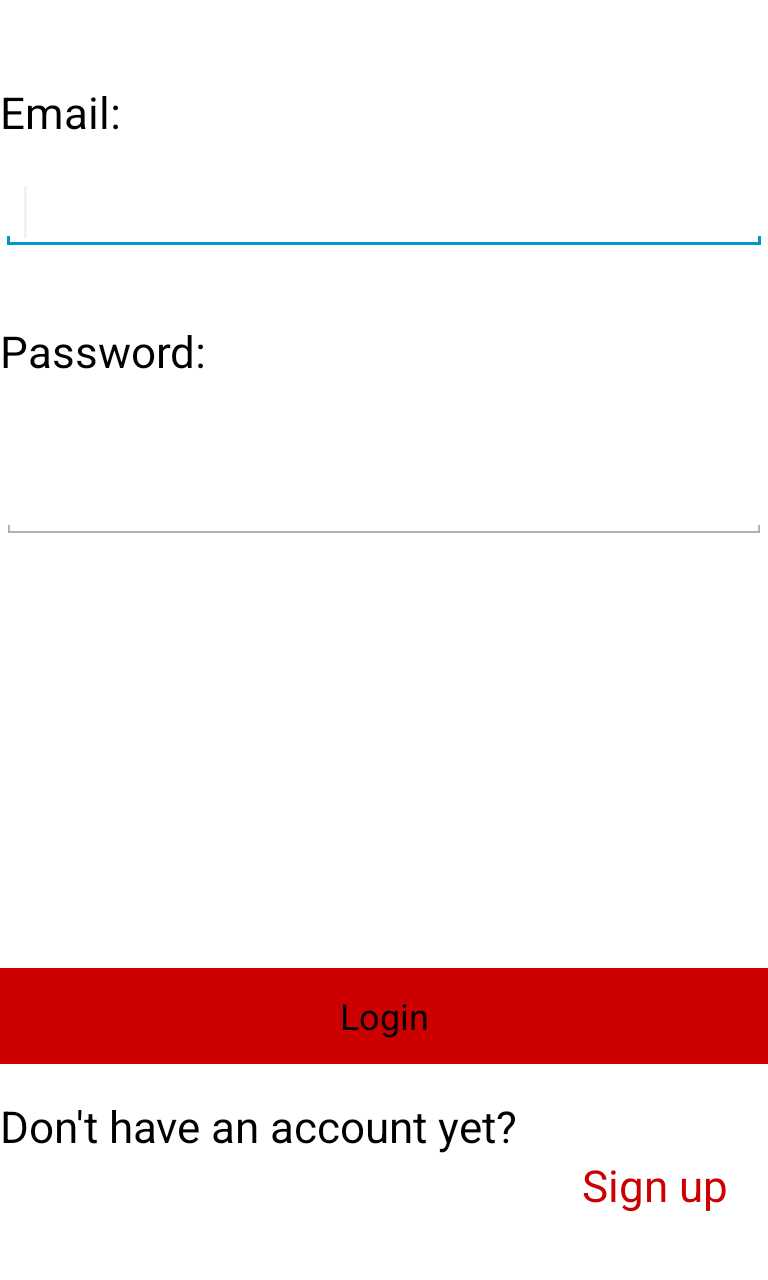
Repository: erwasambo/greendevelopment
Layout: GreenDevelopment/NASCuisine/res/layout/login.xml
An editor plug-in stored every save of this project. The layout is shown before and after the next save, followed by the edit.
It is drawn on a 768 x 1280 px phone screen (xhdpi) without system bars, with theme AppTheme; the app's code is not run.

Above is the layout before, as saved 2013-12-03 01:43:53.

After the next save:
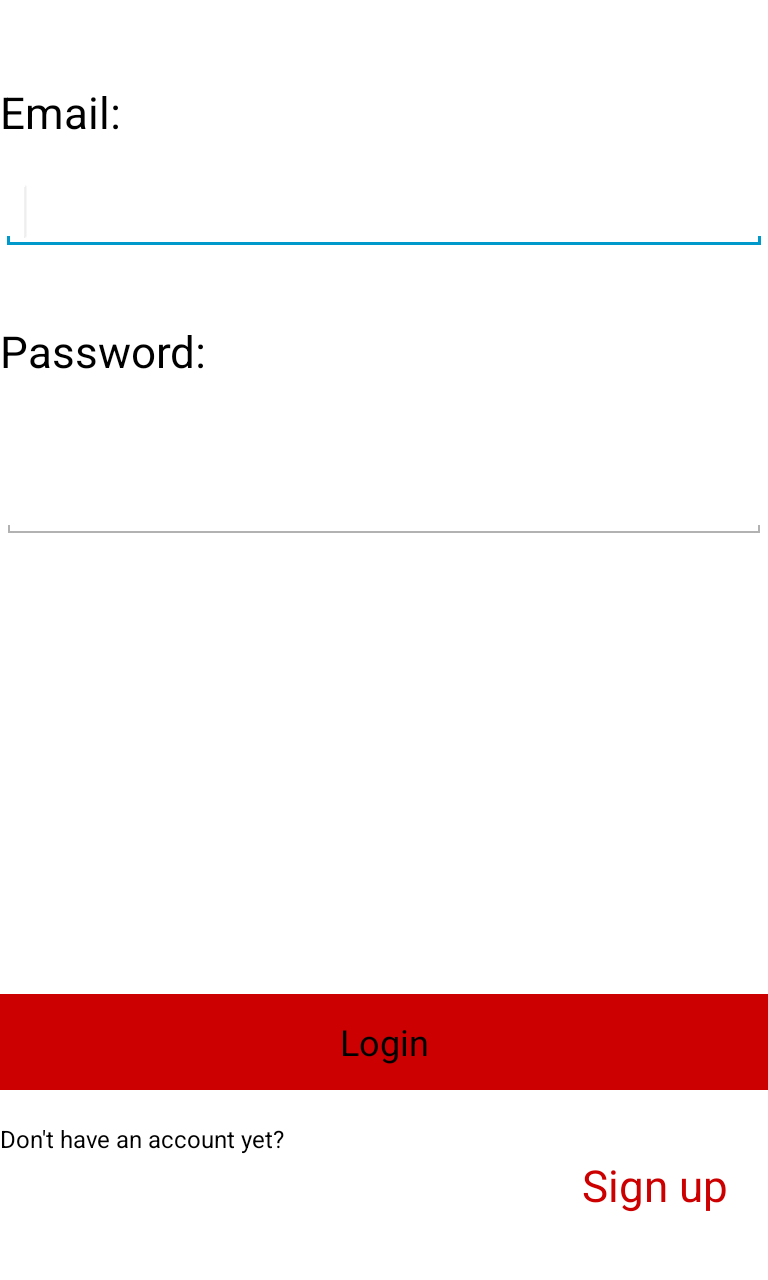
Saved 69 s later.
--- a/GreenDevelopment/NASCuisine/res/layout/login.xml
+++ b/GreenDevelopment/NASCuisine/res/layout/login.xml
@@ -65,6 +65,7 @@
         android:layout_above="@+id/tvLinkToRegisterScreen"
         android:layout_alignParentLeft="true"
         android:text="@string/donthaveacc"
+        android:textSize="12dp"
         android:textAppearance="?android:attr/textAppearanceLarge" />
 
     <TextView
